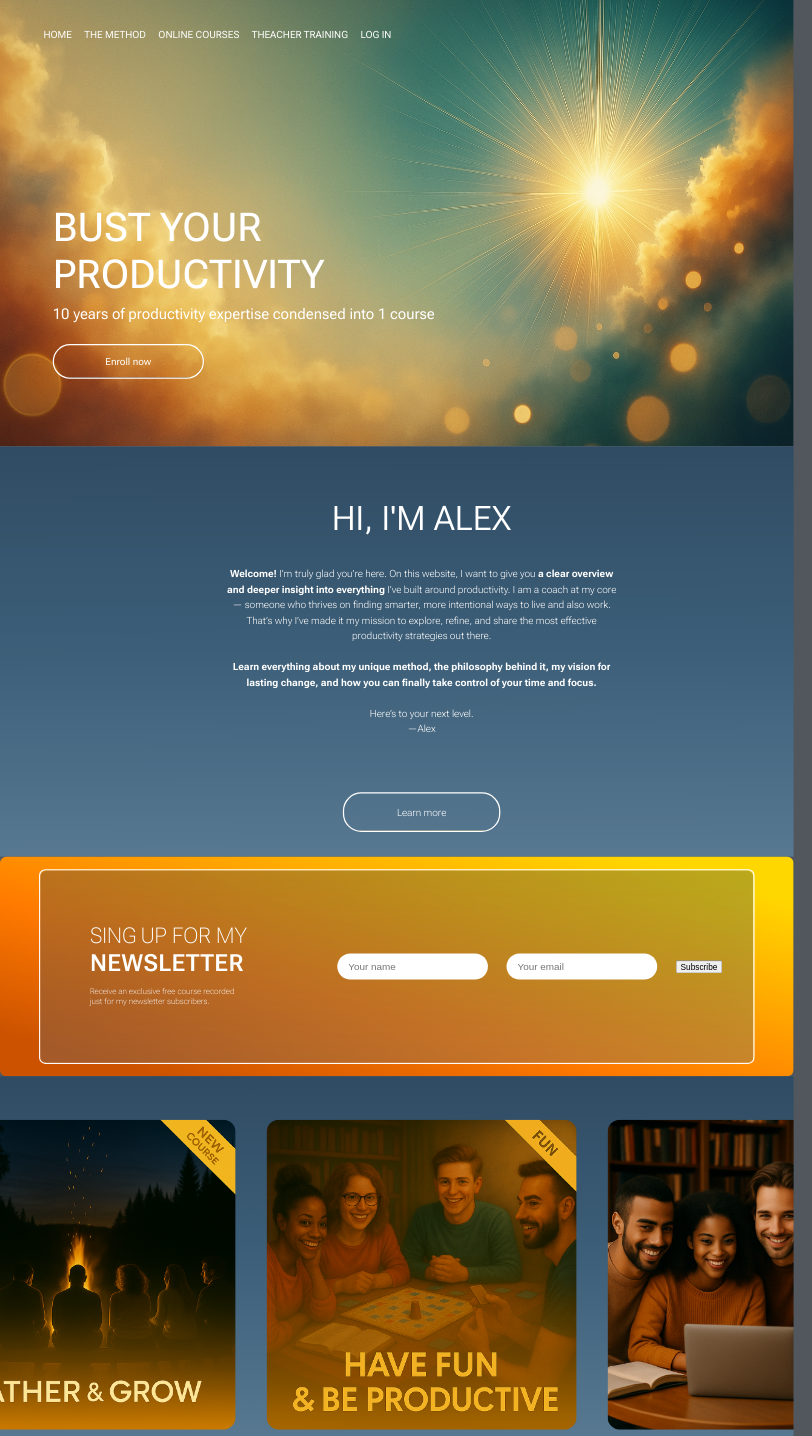
Repository: Parnicoza/testecomplete
Page: Productivity.copie.html
The author's editor kept a copy of each file at every save. The page is drawn from the files as they stood at one save, then again after the next save.
The browser window is 1280 px wide. The page is 1310 px wide, so the pictures cover 1310 px, including what lies to the right of the window. The pictures show the whole page, at 62% of full size.

Above is the page before, as saved 2025-05-30 17:10:37.

After the next save:
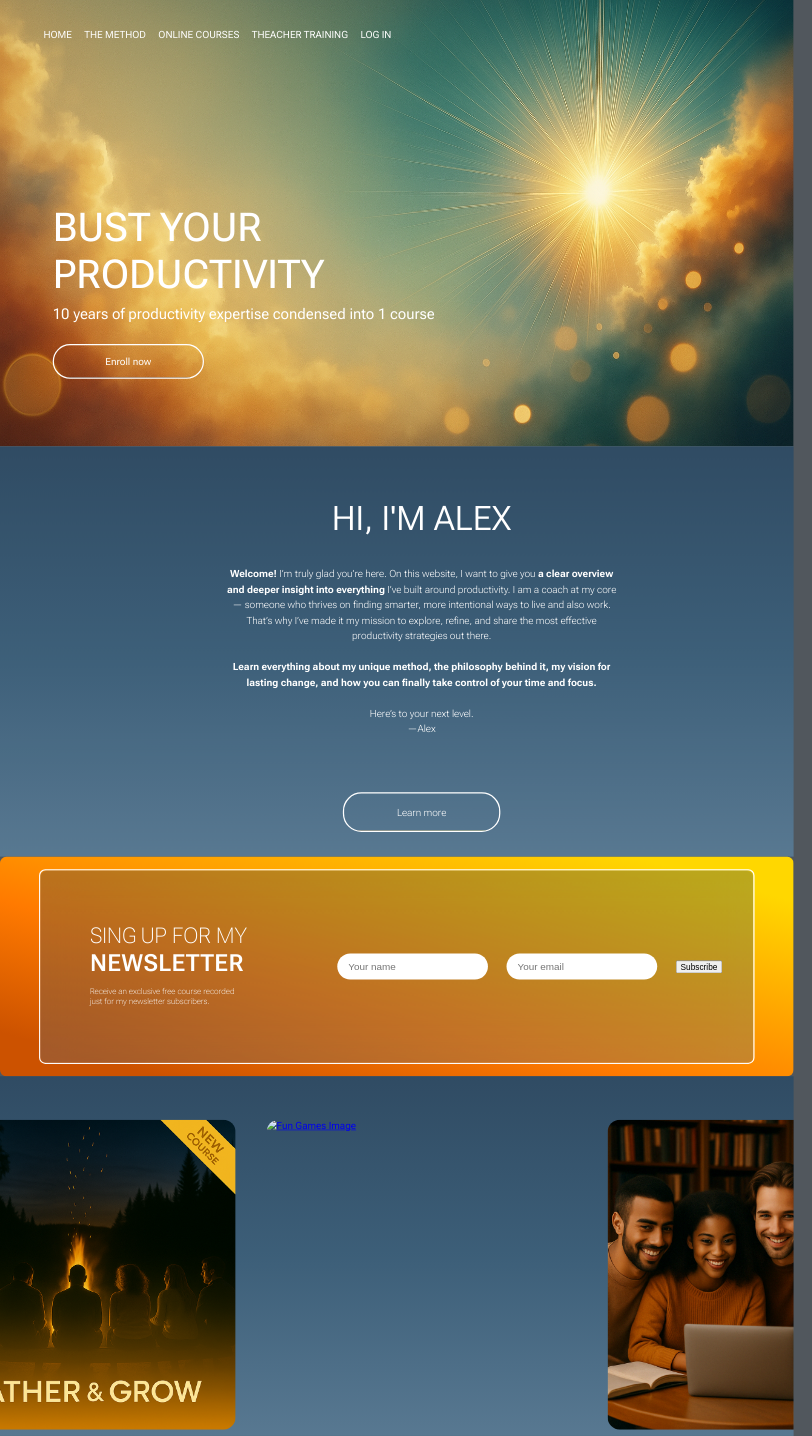
Not found: imaginitestecomplete/funim.png.png
Saved 5 min 32 s later.
--- a/Productivity.copie.html
+++ b/Productivity.copie.html
@@ -83,7 +83,7 @@
     <div class="COURSES-background">
         <div class="imaginidesprecurs">
             <a href="#"><!--AICI TREBUIE SA PUN LINKUL CARTRE VIITOAREA PAGINA--><img src="imaginitestecomplete/gatherandgrow.png" alt="Campfire Image" class="modificariimaginidecurs scroll-appear"></a><!--TREBUIE CA FIECARE IMAGINE SA DUCA LA O PAGINA NOUA-->
-            <a href="#"><!--AICI TREBUIE SA PUN LINKUL CARTRE VIITOAREA PAGINA--><img src="imaginitestecomplete/fun.png" alt="Fun Games Image" class="modificariimaginidecurs scroll-appear"></a><!--TREBUIE CA FIECARE IMAGINE SA DUCA LA O PAGINA NOUA-->
+            <a href="#"><!--AICI TREBUIE SA PUN LINKUL CARTRE VIITOAREA PAGINA--><img src="imaginitestecomplete/funim.png.png" alt="Fun Games Image" class="modificariimaginidecurs scroll-appear"></a><!--TREBUIE CA FIECARE IMAGINE SA DUCA LA O PAGINA NOUA-->
             <a href="#"><!--AICI TREBUIE SA PUN LINKUL CARTRE VIITOAREA PAGINA--><img src="imaginitestecomplete/oameniinbiblioteca.png" alt="People in Library Image" class="modificariimaginidecurs scroll-appear"></a><!--TREBUIE CA FIECARE IMAGINE SA DUCA LA O PAGINA NOUA-->
         </div>
 

After the save that followed:
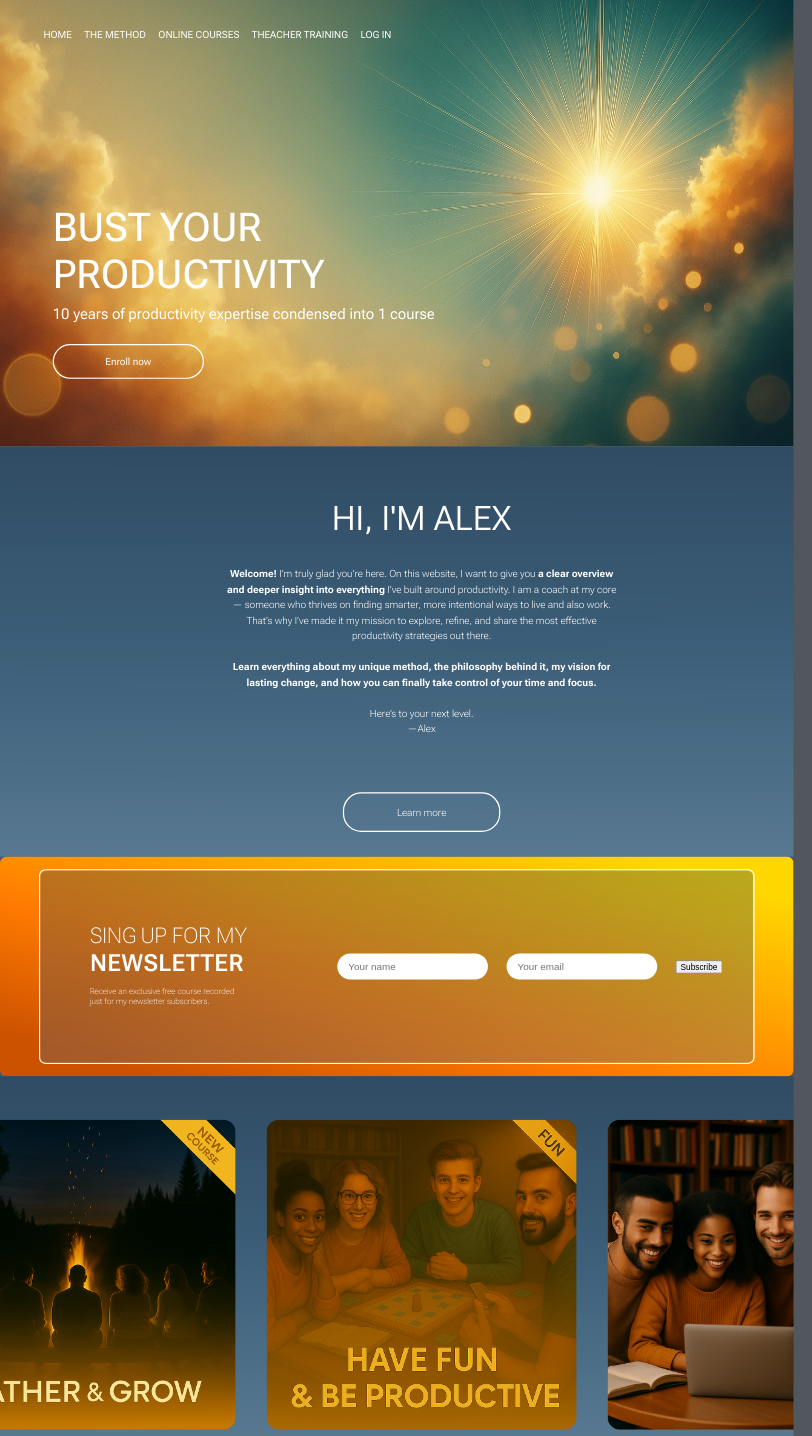
Saved 19 s later.
--- a/Productivity.copie.html
+++ b/Productivity.copie.html
@@ -83,7 +83,7 @@
     <div class="COURSES-background">
         <div class="imaginidesprecurs">
             <a href="#"><!--AICI TREBUIE SA PUN LINKUL CARTRE VIITOAREA PAGINA--><img src="imaginitestecomplete/gatherandgrow.png" alt="Campfire Image" class="modificariimaginidecurs scroll-appear"></a><!--TREBUIE CA FIECARE IMAGINE SA DUCA LA O PAGINA NOUA-->
-            <a href="#"><!--AICI TREBUIE SA PUN LINKUL CARTRE VIITOAREA PAGINA--><img src="imaginitestecomplete/funim.png.png" alt="Fun Games Image" class="modificariimaginidecurs scroll-appear"></a><!--TREBUIE CA FIECARE IMAGINE SA DUCA LA O PAGINA NOUA-->
+            <a href="#"><!--AICI TREBUIE SA PUN LINKUL CARTRE VIITOAREA PAGINA--><img src="imaginitestecomplete/funim.png" alt="Fun Games Image" class="modificariimaginidecurs scroll-appear"></a><!--TREBUIE CA FIECARE IMAGINE SA DUCA LA O PAGINA NOUA-->
             <a href="#"><!--AICI TREBUIE SA PUN LINKUL CARTRE VIITOAREA PAGINA--><img src="imaginitestecomplete/oameniinbiblioteca.png" alt="People in Library Image" class="modificariimaginidecurs scroll-appear"></a><!--TREBUIE CA FIECARE IMAGINE SA DUCA LA O PAGINA NOUA-->
         </div>
 
